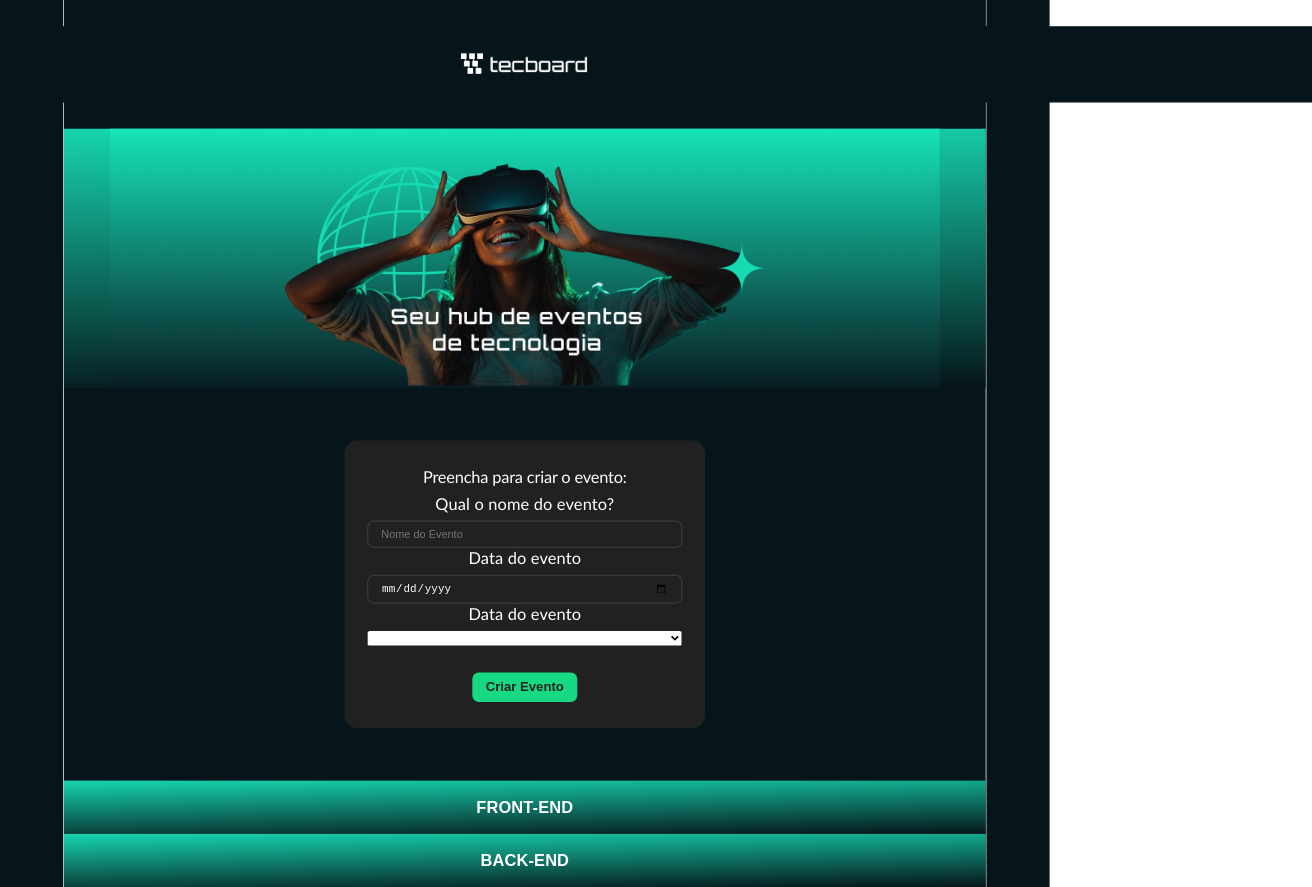
Repository: fernandadev12/techboard
Page: /
The author's editor kept a copy of each file at every save. The page is drawn from the files as they stood at one save, then again after the next save.
The browser window is 1280 px wide. The page is 1600 px wide, so the pictures cover 1600 px, including what lies to the right of the window. The pictures show the whole page, at 82% of full size.
The project was rebuilt for these pictures with package versions that can differ from the ones it lists, and the page was loaded fresh each time. Also part of the build but not shown: vite.config.js, src/componentes/ListaSuspensa/listasuspensastyles.css.

Above is the page before, as saved 2026-06-14 15:10:59.

### index.html
<!doctype html>
<html lang="en">
  <head>
    <meta charset="UTF-8" />
    <link rel="icon" type="image/svg+xml" href="/favicon.svg" />
    <meta name="viewport" content="width=device-width, initial-scale=1.0" />
    <link rel="preconnect" href="https://fonts.googleapis.com" />
    <link rel="preconnect" href="https://fonts.gstatic.com" crossorigin />
    <link
      href="https://fonts.googleapis.com/css2?family=Orbitron:wght@400..900&display=swap"
      rel="stylesheet"
    />
    <link rel="preconnect" href="https://fonts.googleapis.com" />
    <link rel="preconnect" href="https://fonts.gstatic.com" crossorigin />
    <link
      href="https://fonts.googleapis.com/css2?family=Orbitron:wght@400..900&family=Work+Sans:ital,wght@0,100..900;1,100..900&display=swap"
      rel="stylesheet"
    />
    <title>techboard</title>
  </head>
  <body>
    <div id="root"></div>
    <script type="module" src="/src/main.jsx"></script>
  </body>
</html>

### src/index.css
:root {
  --text: #6b6375;
  --text-h: #08060d;
  --bg: #fff;
  --border: #e5e4e7;
  --code-bg: #f4f3ec;
  --accent: #aa3bff;
  --accent-bg: rgba(170, 59, 255, 0.1);
  --accent-border: rgba(170, 59, 255, 0.5);
  --social-bg: rgba(244, 243, 236, 0.5);
  --shadow:
    rgba(0, 0, 0, 0.1) 0 10px 15px -3px, rgba(0, 0, 0, 0.05) 0 4px 6px -2px;

  --sans: system-ui, "Segoe UI", Roboto, sans-serif;
  --heading: system-ui, "Segoe UI", Roboto, sans-serif;
  --mono: ui-monospace, Consolas, monospace;

  font: 18px/145% var(--sans);
  letter-spacing: 0.18px;
  color-scheme: light dark;
  color: var(--text);
  background: var(--bg);
  font-synthesis: none;
  text-rendering: optimizeLegibility;
  -webkit-font-smoothing: antialiased;
  -moz-osx-font-smoothing: grayscale;

  @media (max-width: 1024px) {
    font-size: 16px;
  }
}

@media (prefers-color-scheme: dark) {
  :root {
    --text: #9ca3af;
    --text-h: #f3f4f6;
    --bg: #16171d;
    --border: #2e303a;
    --code-bg: #1f2028;
    --accent: #c084fc;
    --accent-bg: rgba(192, 132, 252, 0.15);
    --accent-border: rgba(192, 132, 252, 0.5);
    --social-bg: rgba(47, 48, 58, 0.5);
    --shadow:
      rgba(0, 0, 0, 0.4) 0 10px 15px -3px, rgba(0, 0, 0, 0.25) 0 4px 6px -2px;
  }

  #social .button-icon {
    filter: invert(1) brightness(2);
  }
}

body {
  margin: 0;
  background-color: #06151a;
}

#root {
  width: 1126px;
  max-width: 100%;
  margin: 0 auto;
  text-align: center;
  border-inline: 1px solid var(--border);
  min-height: 100svh;
  display: flex;
  flex-direction: column;
  box-sizing: border-box;
}

h1,
h2 {
  font-family: var(--heading);
  font-weight: 500;
  color: var(--text-h);
}

h1 {
  font-size: 56px;
  letter-spacing: -1.68px;
  margin: 32px 0;
  @media (max-width: 1024px) {
    font-size: 36px;
    margin: 20px 0;
  }
}
h2 {
  font-size: 24px;
  line-height: 118%;
  letter-spacing: -0.24px;
  margin: 0 0 8px;
  @media (max-width: 1024px) {
    font-size: 20px;
  }
}
p {
  margin: 0;
}

code,
.counter {
  font-family: var(--mono);
  display: inline-flex;
  border-radius: 4px;
  color: var(--text-h);
}

code {
  font-size: 15px;
  line-height: 135%;
  padding: 4px 8px;
  background: var(--code-bg);
}

### src/App.jsx
import "./App.css";
import { Banner } from "./componentes/Banner";
import { Tema } from "./componentes/Tema";
import { FormularioDeEvento } from "./componentes/FormularioDeEvento";

function App() {
  const temas = [
    {
      id: 1,
      nome: "Front-end",
    },
    {
      id: 2,
      nome: "Back-end",
    },
    {
      id: 3,
      nome: "Mobile",
    },
    {
      id: 4,
      nome: "DevOps",
    },
    {
      id: 5,
      nome: "Inteligência Artificial",
    },
    {
      id: 6,
      nome: "Cloud",
    },
  ];

  return (
    <main>
      <header>
        <img src="/Header.png"></img>
      </header>
      <Banner />
      <FormularioDeEvento />
      <section>
        <Tema tema={temas[0]} />
      </section>
      <section>
        <Tema tema={temas[1]} />
      </section>
    </main>
  );
}

export default App;

### src/App.css
header {
  background-color: #06151a;
  padding: 32px;
  display: flex;
  justify-content: center;
}
section {
  background: linear-gradient(179deg, #16d5af 0%, #06151a);
  display: flex;
  justify-content: center;
}
section img {
  max-width: 90%;
}

.form-evento {
  background-color: #212121;
  padding: 32px 28px;
  border-radius: 15px;
  width: 394px;
  margin: 64px auto;
  max-width: 320px;
}
.hero {
  position: relative;

  .base,
  .framework,
  .vite {
    inset-inline: 0;
    margin: 0 auto;
  }

  .base {
    width: 170px;
    position: relative;
    z-index: 0;
  }

  .framework,
  .vite {
    position: absolute;
  }

  .framework {
    z-index: 1;
    top: 34px;
    height: 28px;
    transform: perspective(2000px) rotateZ(300deg) rotateX(44deg) rotateY(39deg)
      scale(1.4);
  }

  .vite {
    z-index: 0;
    top: 107px;
    height: 26px;
    width: auto;
    transform: perspective(2000px) rotateZ(300deg) rotateX(40deg) rotateY(39deg)
      scale(0.8);
  }
}

#center {
  display: flex;
  flex-direction: column;
  gap: 25px;
  place-content: center;
  place-items: center;
  flex-grow: 1;

  @media (max-width: 1024px) {
    padding: 32px 20px 24px;
    gap: 18px;
  }
}

#next-steps {
  display: flex;
  border-top: 1px solid var(--border);
  text-align: left;

  & > div {
    flex: 1 1 0;
    padding: 32px;
    @media (max-width: 1024px) {
      padding: 24px 20px;
    }
  }

  .icon {
    margin-bottom: 16px;
    width: 22px;
    height: 22px;
  }

  @media (max-width: 1024px) {
    flex-direction: column;
    text-align: center;
  }
}

#docs {
  border-right: 1px solid var(--border);

  @media (max-width: 1024px) {
    border-right: none;
    border-bottom: 1px solid var(--border);
  }
}

#next-steps ul {
  list-style: none;
  padding: 0;
  display: flex;
  gap: 8px;
  margin: 32px 0 0;

  .logo {
    height: 18px;
  }

  a {
    color: var(--text-h);
    font-size: 16px;
    border-radius: 6px;
    background: var(--social-bg);
    display: flex;
    padding: 6px 12px;
    align-items: center;
    gap: 8px;
    text-decoration: none;
    transition: box-shadow 0.3s;

    &:hover {
      box-shadow: var(--shadow);
    }
    .button-icon {
      height: 18px;
      width: 18px;
    }
  }

  @media (max-width: 1024px) {
    margin-top: 20px;
    flex-wrap: wrap;
    justify-content: center;

    li {
      flex: 1 1 calc(50% - 8px);
    }

    a {
      width: 100%;
      justify-content: center;
      box-sizing: border-box;
    }
  }
}

#spacer {
  height: 88px;
  border-top: 1px solid var(--border);
  @media (max-width: 1024px) {
    height: 48px;
  }
}

.ticks {
  position: relative;
  width: 100%;

  &::before,
  &::after {
    content: "";
    position: absolute;
    top: -4.5px;
    border: 5px solid transparent;
  }

  &::before {
    left: 0;
    border-left-color: var(--border);
  }
  &::after {
    right: 0;
    border-right-color: var(--border);
  }
}

### src/componentes/Banner/index.jsx
import "./bannerstyles.css";

export function Banner() {
  return (
    <section className="banner">
      <img src="/Banner.jpg"></img>
    </section>
  );
}

### src/componentes/Tema/index.jsx
import "./temastyles.css";

export function Tema({ tema }) {
  return <h3 className="titulotema">{tema.nome}</h3>;
}

### src/componentes/FormularioDeEvento/index.jsx
import { TituloFormulario } from "../TituloFormulario";
import { CampoFormulario } from "../CampoDeFormulario";
import { LabelFormulario } from "../Label";
import { CampoDeEntrada } from "../CampoDeEntrada";
import "./formularioEventoStyles.css";
import { BotaoFormulario } from "../Botao";
import { ListaSuspensa } from "../ListaSuspensa";

export function FormularioDeEvento() {
  return (
    <form className="form-evento">
      <TituloFormulario> Preencha para criar o evento:</TituloFormulario>
      <div className="campor">
        <CampoFormulario>
          <LabelFormulario htmlFor="nome">
            Qual o nome do evento?
          </LabelFormulario>
          <CampoDeEntrada
            type="text"
            id="nome"
            placeholder="Nome do Evento"
            name="nomeEvento"
          />
        </CampoFormulario>

        <CampoFormulario>
          <LabelFormulario htmlFor="dataEvento">Data do evento</LabelFormulario>
          <CampoDeEntrada type="date" id="dataEvento" name="dataEvento" />
        </CampoFormulario>

        <CampoFormulario>
          <LabelFormulario htmlFor="dataEvento">Data do evento</LabelFormulario>
          <ListaSuspensa />
        </CampoFormulario>
      </div>

      <div className="acoes">
        <BotaoFormulario>Criar Evento</BotaoFormulario>
      </div>
    </form>
  );
}

### src/componentes/Banner/bannerstyles.css
.banner {
  background: linear-gradient(179deg, #16d5af 0%, #06151a);
  display: flex;
  justify-content: center;
}

.banner img {
  max-width: 90%;
}

### src/componentes/Tema/temastyles.css
.titulotema {
  color: #fff;
  font-family: "Orbiton", sans-serif;
  font-weight: 600;
  font-size: 20px;
  line-height: 125%;
  letter-spacing: 10%;
  vertical-align: middle;
  text-transform: uppercase;
}

### src/componentes/TituloFormulario/index.jsx
import "./titulostyle.css";

// export function TituloFormulario() {
//   return <h3 class="tituloform">Preencha para criar um evento:</h3>;
// }
export function TituloFormulario({ children }) {
  return <h2 className="tituloform">{children}</h2>;
}

### src/componentes/CampoDeFormulario/index.jsx
import "./campoformestyles.css";

export function CampoFormulario({ children }) {
  return <fieldset className="campoform">{children}</fieldset>;
}

### src/componentes/Label/index.jsx
import "./labelstyles.css";

export function LabelFormulario({ children, htmlFor }) {
  return (
    <label className="label" htmlFor={htmlFor}>
      {children}
    </label>
  );
}

### src/componentes/CampoDeEntrada/index.jsx
import "./campoentradastyles.css";

export function CampoDeEntrada(props) {
  return <input className="campoformularioinput" {...props} />;
}

### src/componentes/FormularioDeEvento/formularioEventoStyles.css
.campos {
  display: flex;
  flex-direction: column;
  gap: 16px;
}

.form-evento {
  background-color: #212121;
  padding: 32px 28px;
  border-radius: 16px;
  width: 384px;
  max-width: 90%;
  margin: 64px auto;
}

.acoes {
  margin-top: 32px;
  text-align: center;
}

### src/componentes/Botao/index.jsx
import "./botaostyles.css";

export function BotaoFormulario({ children }) {
  return <button className="botaoform">{children}</button>;
}

### src/componentes/ListaSuspensa/index.jsx
import "./listasuspensastyles.css";

export function ListaSuspensa() {
  return (
    <select>
      <option value=""></option>
    </select>
  );
}

### src/componentes/TituloFormulario/titulostyle.css
.tituloform {
  font-family:
    "Trebuchet MS", "Lucida Sans Unicode", "Lucida Grande", "Lucida Sans",
    Arial, sans-serif;
  font-weight: 400;
  font-size: 20px;
  line-height: 125%;
  color: #fff;
}

### src/componentes/CampoDeFormulario/campoformestyles.css
.campoform {
  display: flex;
  flex-direction: column;
  gap: 8px;
  border: none;
  padding: 0;
  margin: 0;
}

### src/componentes/Label/labelstyles.css
.label {
  font-family:
    "Trebuchet MS", "Lucida Sans Unicode", "Lucida Grande", "Lucida Sans",
    Arial, sans-serif;
  font-weight: 400;
  font-size: 20px;
  line-height: 125%;
  color: #fff;
}

### src/componentes/CampoDeEntrada/campoentradastyles.css
.campoformularioinput {
  border-radius: 8px;
  background-color: transparent;
  border: 1px solid #4a4949;
  color: #fff;
  padding: 8px 16px;
}

.campoformularioinput:placeholder {
  color: #4a4949;
}

### src/componentes/Botao/botaostyles.css
.botaoform {
  font-weight: 600;
  font-size: 16px;
  line-height: 120%;
  color: #212121;
  padding: 8px 16px;
  background-color: #17d981;
  border-radius: 8px;
  border: none;
}

.botaoform:hover {
  opacity: 0.8;
  cursor: pointer;
}

Loaded but not shown: src/main.jsx (common file)

After the next save:
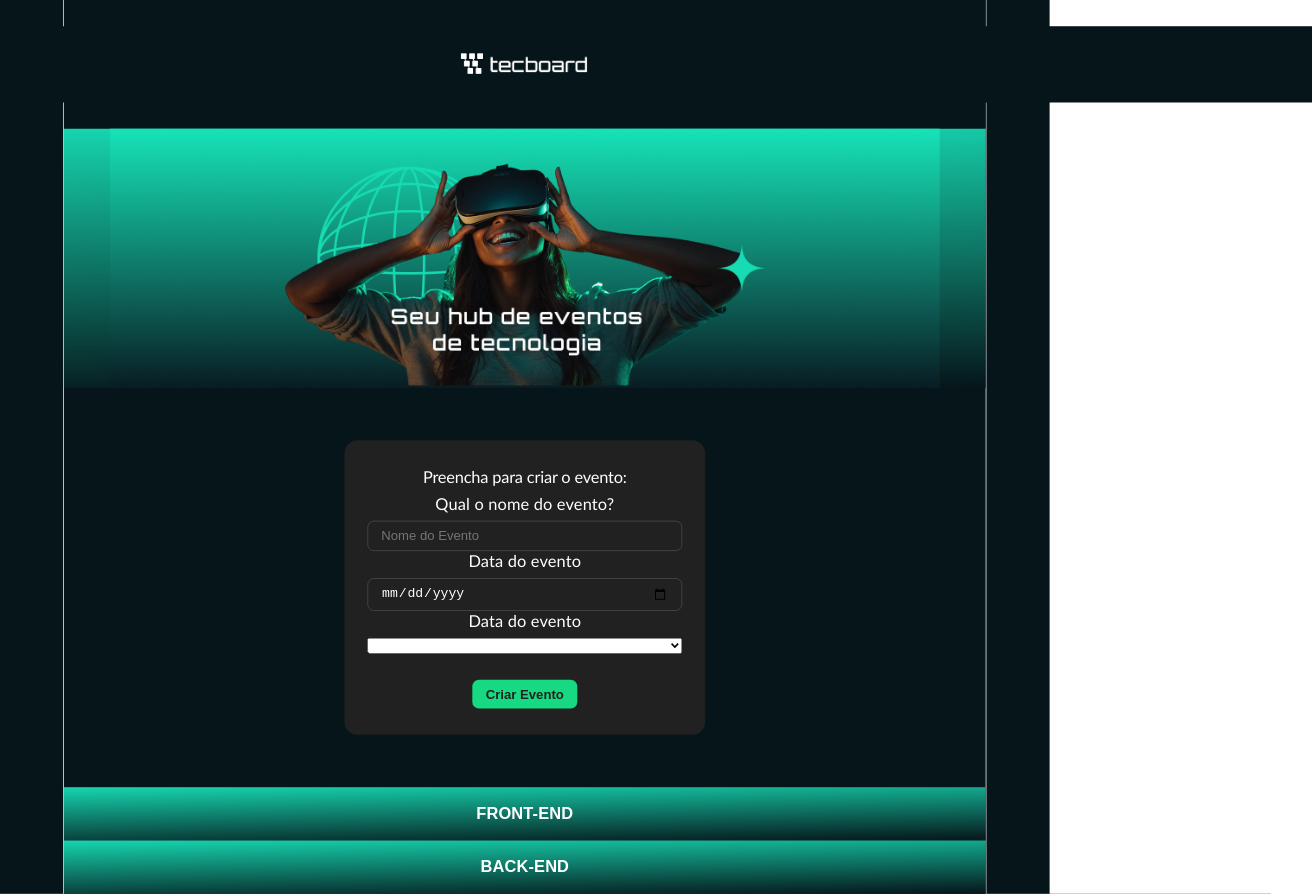
Saved 60 s later.
--- a/src/componentes/CampoDeEntrada/campoentradastyles.css
+++ b/src/componentes/CampoDeEntrada/campoentradastyles.css
@@ -4,6 +4,9 @@
   border: 1px solid #4a4949;
   color: #fff;
   padding: 8px 16px;
+  font-size: 16px;
+  font-weight: 400;
+  line-height: 120%;
 }
 
 .campoformularioinput:placeholder {
